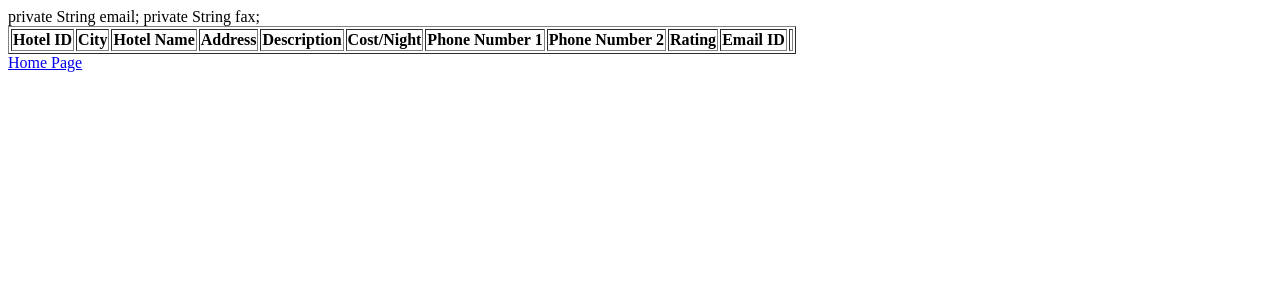
Repository: dishangjain/SpringProject
Page: http://localhost/HotelBookingManagementSystem/JSPs/HotelList.jsp
The author's editor kept a copy of each file at every save. The page is drawn from the files as they stood at one save, then again after the next save.
The browser window is 1280 px wide. The pictures show the whole page.
The page is served by Tomcat 9. Nobody is signed in. The application's start-up code is not run. Other server files are loaded and not shown. The template is opened directly, without the code that normally fills it, so the values that code supplies are empty.

Above is the page before, as saved 2017-10-14 12:46:29.

### HotelBookingManagementSystem/WebContent/JSPs/HotelList.jsp
<%@ page language="java" contentType="text/html; charset=ISO-8859-1"
    pageEncoding="ISO-8859-1"%>
     <%@ taglib uri="http://java.sun.com/jsp/jstl/core" prefix="c"%>
<!DOCTYPE html PUBLIC "-//W3C//DTD HTML 4.01 Transitional//EN" "http://www.w3.org/TR/html4/loose.dtd">
<html>
	<head>
		<meta http-equiv="Content-Type" content="text/html; charset=ISO-8859-1">
		<title>Insert title here</title>
	</head>
	<body>


	private String email;
	private String fax;



		<table border="1">
			<tr>
				<th>Hotel ID</th>
				<th>City</th>
				<th>Hotel Name</th>
				<th>Address</th>
				<th>Description</th>
				<th>Cost/Night</th>
				<th>Phone Number 1</th>
				<th>Phone Number 2</th>
				<th>Rating</th>
				<th>Email ID</th>
				<th></th>
			</tr>
			<c:forEach items="${ empList }" var="emp">
				<tr>
					<td>${ emp.empNo }</td>
					<td> ${ emp.empNm }</td>

				</tr>
			</c:forEach>
		</table>
		<a href="getHomePage.do">Home Page</a>


	</body>
</html>

After the next save:
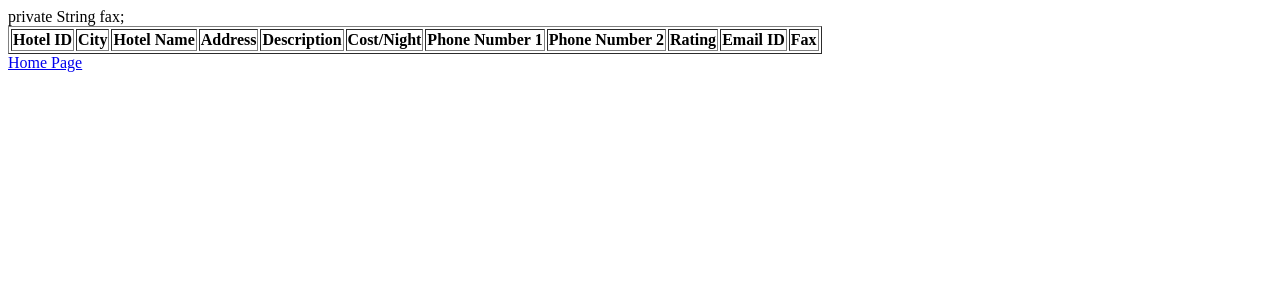
Saved 11 s later.
--- a/HotelBookingManagementSystem/WebContent/JSPs/HotelList.jsp
+++ b/HotelBookingManagementSystem/WebContent/JSPs/HotelList.jsp
@@ -10,7 +10,6 @@
 	<body>
 
 
-	private String email;
 	private String fax;
 
 
@@ -27,7 +26,7 @@
 				<th>Phone Number 2</th>
 				<th>Rating</th>
 				<th>Email ID</th>
-				<th></th>
+				<th>Fax</th>
 			</tr>
 			<c:forEach items="${ empList }" var="emp">
 				<tr>
